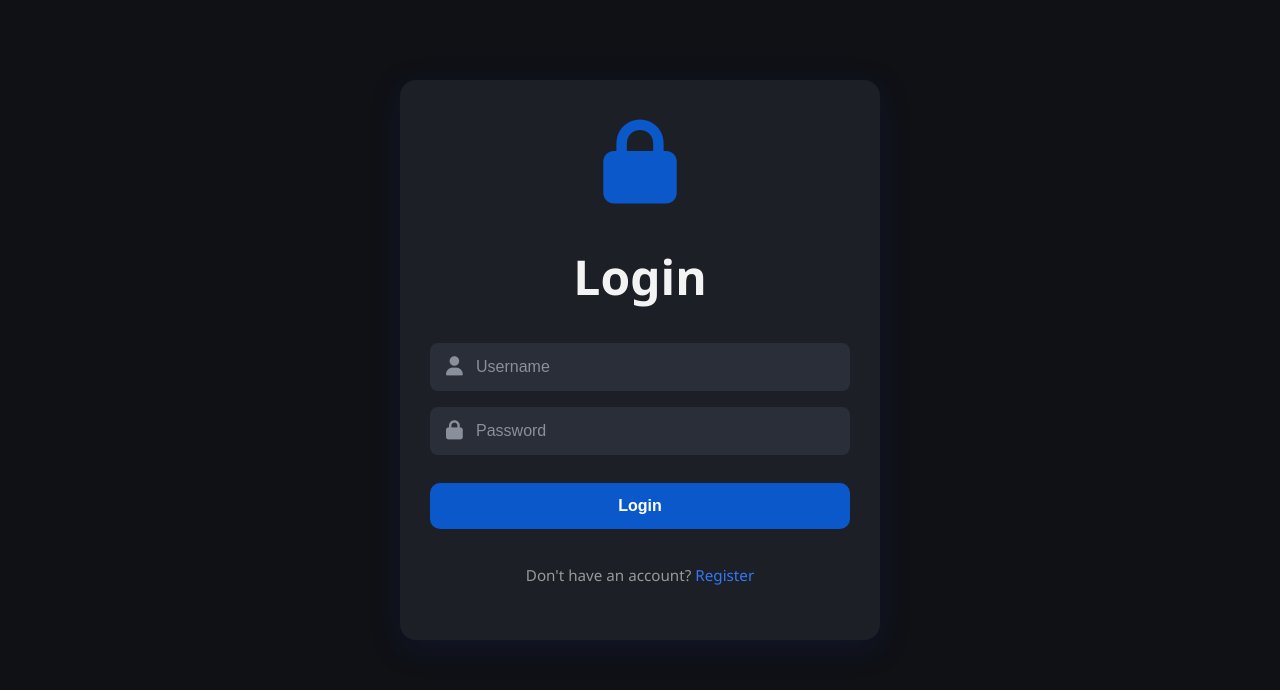
Repository: lowluds/auth-flask
Page: http://localhost/login
An editor plug-in stored every save of this project. The page is shown before and after the next save, followed by the edit.
The browser window is 1280 px wide. The pictures show the whole page.
The page is served by the project's application, run on Flask 3 (login.py).

Above is the page before, as saved 2025-07-10 23:50:12.

### templates/login.html
<!DOCTYPE html>
<html lang="en">
<head>
    <meta charset="UTF-8">
    <meta name="viewport" content="width=device-width, initial-scale=1.0">
    <title>Login</title>
    <link rel="stylesheet" href="{{ url_for('static', filename='register.css') }}">
    <link rel="stylesheet" href="{{ url_for('static', filename='error.css') }}">
    <link rel="stylesheet" href="https://cdnjs.cloudflare.com/ajax/libs/font-awesome/6.5.0/css/all.min.css">
</head>

<body>
    <div class="login-container">
        <i class="fas fa-lock login-icon"></i>
        <h2>Login</h2>
        <form method="post" action="/login">

          <div class="input-group">
              <i class="fas fa-user"></i>
              <input type="text" name="username" placeholder="Username" required>
          </div>

          <div class="input-group">
              <i class="fas fa-lock"></i>
              <input type="password" name="password" placeholder="Password" required>
          </div>

            {% with messages = get_flashed_messages(with_categories=true) %}
              {% if messages %}
                {% for category, message in messages %}
                  {% if category == 'error' %}
                  <div class="input-error">{{ message }}</div>
                  {% endif %}
                {% endfor %}
              {% endif %}
            {% endwith %}

            <button type="submit">Login</button>

            {% if show_forgot %}
            <a href="{{ url_for('forgot_password') }}" class="forgot-link">Forgot password?</a>
            {% endif %}

        </form>
        <p>Don't have an account? <a href="/register">Register</a></p>
    </div>
</body>
</html>

### login.py
from flask import Flask, render_template, request, redirect, url_for, session, flash
from werkzeug.security import check_password_hash
from werkzeug.security import generate_password_hash
import json

app = Flask (__name__)
app.secret_key = '123abc456'  # Change this to a secure random value

@app.route('/')
def home():
    return redirect(url_for('login'))

# Login
@app.route('/login', methods=['GET', 'POST'])
def login():
    if request.method == 'POST':
        # Get form input
        username = request.form['username']
        password = request.form['password']

        # Load users from JSON
        with open('users/userDB.json', 'r') as file:
            data = json.load(file)

        # Look for user
        for user in data['users']:
            if user['username'] == username:
                # Check hashed password
                if check_password_hash(user['password'], password):
                    session['username'] = username
                    session['group'] = user['group']
                    session.pop('show_forgot', None)

                    # Redirect based on group
                    if user['group'] == 'admin':
                        return redirect(url_for('admin'))
                    else:
                        return redirect(url_for('dashboard'))

                flash("Incorrect password", "error")
                session['show_forgot'] = True
                return redirect(url_for('login'))

        flash("Username or password not found", "error")
        session.pop('show_forgot', None)
        return redirect(url_for('login'))

    show_forgot = session.pop('show_forgot', False)
    return render_template('login.html', show_forgot=show_forgot)

# Register
@app.route('/register', methods=['GET', "POST"])
def register():
    if request.method == 'POST':
        username = request.form['username']
        password = request.form['password']
        group = "user"

        # Load existing users
        with open('users/userDB.json', 'r') as file:
            data = json.load(file)

        # Check for duplicate username
        for user in data['users']:
            if user['username'] == username:
                flash("Username already exists. Please choose another.", "error")
                return redirect(url_for('register'))

        # Hash the password
        hashed_password = generate_password_hash(password)

        # Add new user to userDB.json
        data['users'].append({
            'username': username,
            'password': hashed_password,
            'group'   : group
        })

        # Save the updated user to userDB.json
        with open('users/userDB.json', "w") as file:
            json.dump(data, file, indent=4)

        flash("You are registered! Please log in.", "success")
        return redirect(url_for('login'))

    # Only runs for GET requests
    return render_template('register.html')

# Forgot Password
@app.route('/forgot')
def forgot_password():
    return render_template('forgot.html')

# Dashboard
@app.route('/dashboard')
def dashboard():
    # Check if user is logged in
    if 'username' in session:
        return render_template('dashboard.html')
    else:
        return redirect(url_for('login'))
# Admin dashboard
@app.route('/admin')
def admin():
    if 'username' in session:
        if session.get('group') == 'admin':
            return render_template('admin.html')
        else:
            return "You are logged in, but not authorized to view this page"
    else:
        return redirect(url_for('login'))

# Logout
@app.route('/logout')
def logout():
    session.pop('username', None)
    return redirect(url_for('login'))

if __name__ == '__main__':
    app.run(debug=True)

### static/register.css
/* Global dark theme */
body {
    background: #0f1115;
    font-family: 'Segoe UI', Tahoma, Geneva, Verdana, sans-serif;
    margin: 0;
    padding: 0;
    color: #f3f3f3;
    min-height: 100vh;
    display: flex;
    justify-content: center;
    align-items: center;
}

/* Shared container styles */
.login-container,
.register-container,
.dashboard-container,
.admin-dashboard-container {
    background: #1c1f26;
    max-width: 420px;
    width: 100%;
    padding: 40px 30px;
    margin: 60px auto;
    border-radius: 16px;
    box-shadow: 0 8px 32px rgba(31, 38, 135, 0.18);
    display: flex;
    flex-direction: column;
    align-items: center;
}

.input-group {
    position: relative;
    width: 100%;
    margin-bottom: 16px;
}

.input-group i {
    position: absolute;
    top: 50%;
    left: 16px;
    transform: translateY(-50%);
    color: #8a8f9c;
    font-size: 1.2rem;
    pointer-events: none;
}

.input-group input {
    padding: 14px 16px 14px 46px;
    height: 48px;
    border: none;
    border-radius: 8px;
    background-color: #2a2e39;
    color: #f3f3f3;
    font-size: 1rem;
    width: 100%;
    box-sizing: border-box;
    margin-bottom: 0;
}

.input-group input:focus {
    box-shadow: 0 0 0 2px rgba(52, 120, 246, 0.4);
}

/* Headings */
.login-container h2,
.register-container h2,
.dashboard-container h2,
.admin-dashboard-container h2 {
    color: #f3f3f3;
    margin-bottom: 34px;
    font-weight: 600;
    font-size: 3rem;
    text-align: center;
}

/* Forms */
form {
    width: 100%;
    display: flex;
    flex-direction: column;
    margin-bottom: 20px;
}

/* Labels */
label {
    margin-bottom: 6px;
    color: #ccc;
    font-size: 0.95rem;
}

/* Inputs */
input,
select {
    padding: 14px;
    margin-bottom: 16px;
    border: none;
    border-radius: 10px;
    background-color: #2a2e39;
    color: #f3f3f3;
    font-size: 1rem;
    transition: all 0.2s ease-in-out;
}

input::placeholder {
    color: #8a8f9c;
}

input:focus,
select:focus {
    outline: none;
    background-color: #2f3541;
    border: 1.5px solid #3478f6;
}

/* Buttons */
button {
    background-color: #0a58ca;
    color: #fff;
    border: none;
    border-radius: 10px;
    padding: 14px;
    font-size: 1rem;
    font-weight: 600;
    cursor: pointer;
    transition: background-color 0.3s ease;
    margin-top: 12px;
}

button:hover {
    background-color: #0846a1;
}

/* Links */
a {
    color: #3478f6;
    text-decoration: none;
    font-weight: 500;
    font-size: 0.95rem;
}

a:hover {
    color: #5a9afc;
    text-decoration: underline;
}

.login-container .login-icon {
    font-size: 84px;
    color: #0a58ca;
    margin-bottom: 0px;
}

.register-container .register-icon {
    font-size: 84px;
    color: #0a58ca;
    margin-bottom: 0px;
}

.dashboard-container .dashboard-icon {
    font-size: 84px;
    color: #0a58ca;
    margin-bottom: 0px;
}

.dashboard-container .admin-icon {
    font-size: 84px;
    color: #0a58ca;
    margin-bottom: 0px;
}

/* Paragraphs */
p {
    margin-top: 16px;
    color: #999;
    font-size: 0.95rem;
}

/* Forgot Password */
.forgot-link {
    text-align: center;
    margin-bottom: 10px;
}

/* Flash error styling */
.input-error {
    color: #ff4d4d;
    font-weight: bold;
    margin-bottom: 12px;
    text-align: center;
}

/* Responsive */
@media (max-width: 600px) {
    .login-container,
    .register-container,
    .dashboard-container,
    .admin-dashboard-container {
        width: 90%;
        padding: 24px;
    }
}

### static/error.css
/* Modern error style for login and form input errors */
.input-error {
    background: none;
    color: #ff0000;
    padding: 0;
    border-radius: 0;
    margin: 14px 0 18px 0;
    font-weight: 600;
    text-align: center;
    box-shadow: none;
    letter-spacing: 0.7px;
    font-size: 1.08rem;
    border: none;
    text-shadow: none;
    max-width: 400px;
    width: 90%;
    margin-left: auto;
    margin-right: auto;
}
@keyframes fadeOut {
  0% { opacity: 0.98; transform: translateY(0); }
  80% { opacity: 0.98; }
  100% { opacity: 0; transform: translateY(-20px); pointer-events: none; }
}

After the next save:
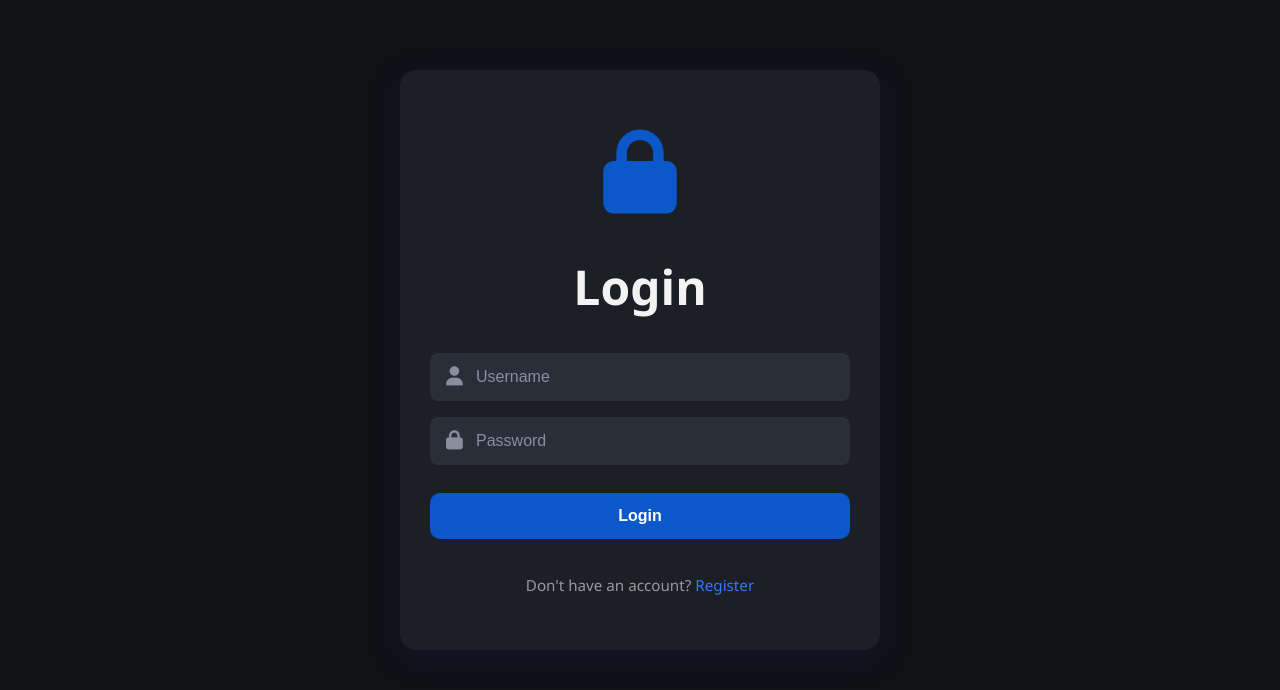
Saved 114 s later.
--- a/static/register.css
+++ b/static/register.css
@@ -26,6 +26,7 @@
     display: flex;
     flex-direction: column;
     align-items: center;
+    padding-top: 60px;
 }
 
 .input-group {

After the save that followed:
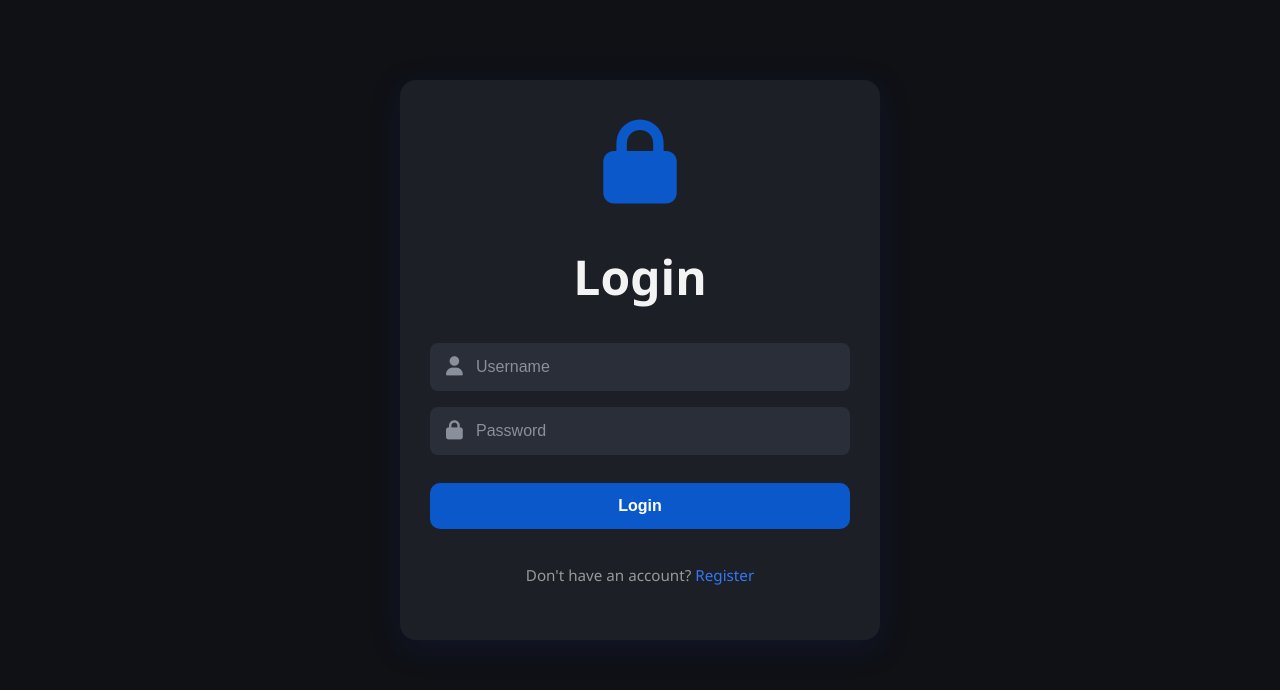
Saved 53 s later.
--- a/static/register.css
+++ b/static/register.css
@@ -26,7 +26,6 @@
     display: flex;
     flex-direction: column;
     align-items: center;
-    padding-top: 60px;
 }
 
 .input-group {
